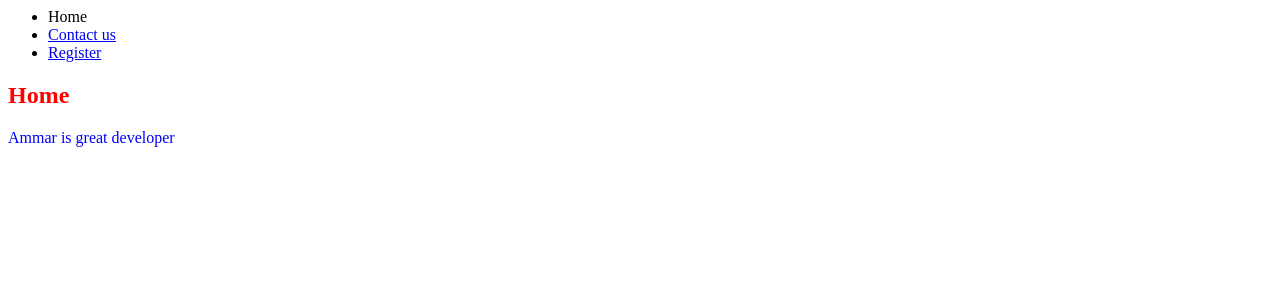
Repository: engammar111/css
Page: index.html
These files come from the project's save history. The page is drawn as it stood at one moment and after the next save; the edit follows.
The browser window is 1280 px wide. The pictures show the whole page.

Above is the page before, as saved 2021-07-31 15:02:17.

After the next save:
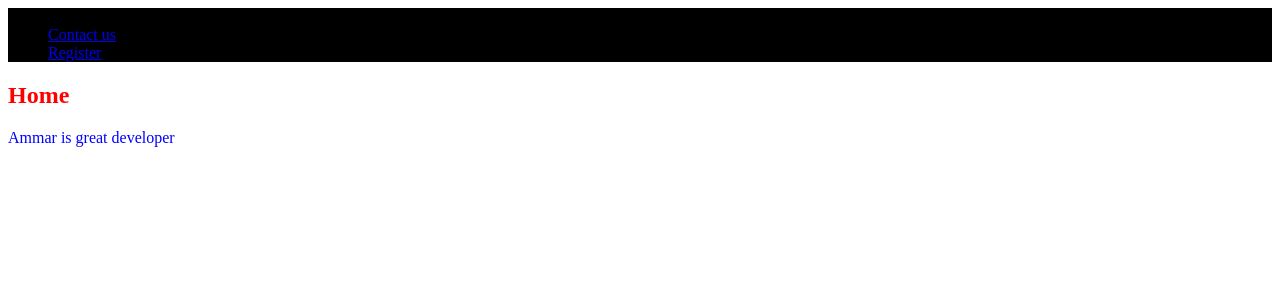
Saved 61 s later.
--- a/index.html
+++ b/index.html
@@ -4,7 +4,7 @@
     <title>css</title>
   </head>
   <body>
-    <header>
+    <header style="background-color: black">
       <nav>
         <ul>
           <li>Home</li>
